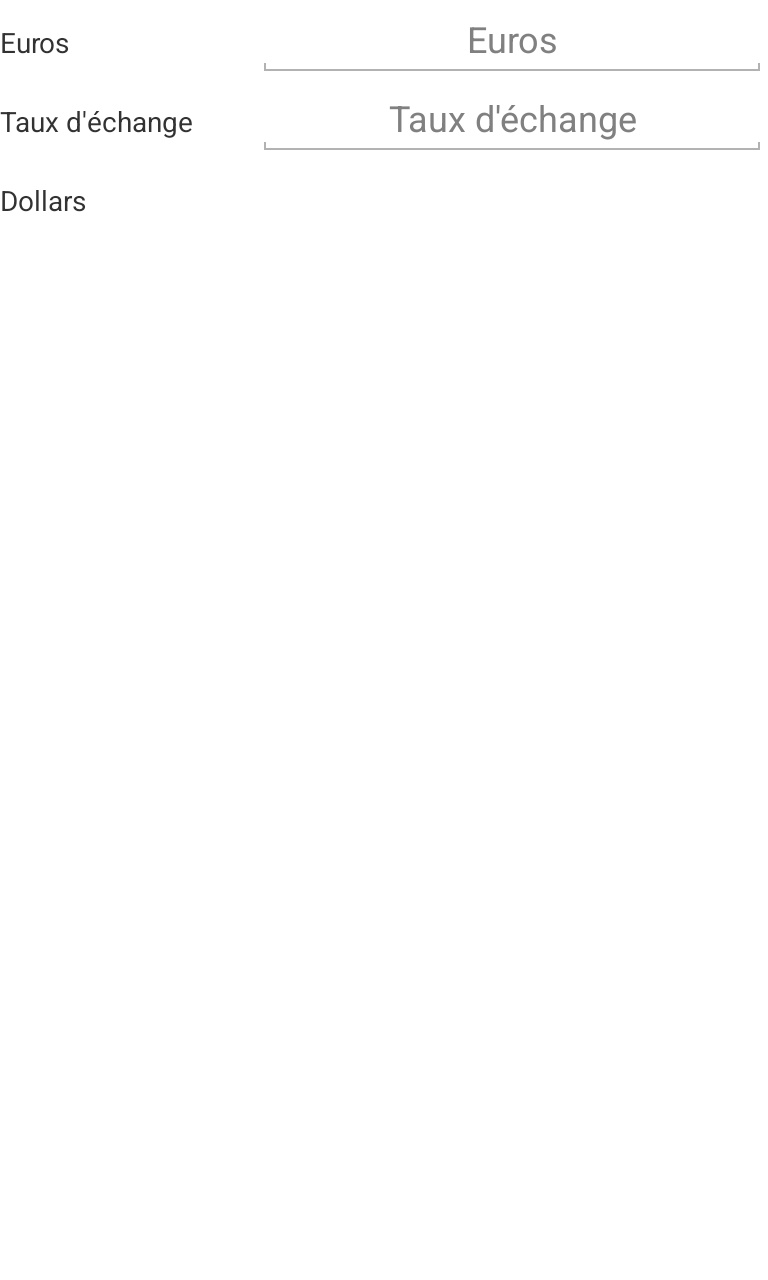
Repository: Keithdae/TP_IHM
Layout: Sous/res/layout/activity_main.xml
An editor plug-in stored every save of this project. The layout is shown before and after the next save, followed by the edit.
It is drawn on a 768 x 1280 px phone screen (xhdpi) without system bars, with theme AppTheme; the app's code is not run.

Above is the layout before, as saved 2016-03-08 11:02:12.

### Sous/res/layout/activity_main.xml
<LinearLayout xmlns:android="http://schemas.android.com/apk/res/android"
    xmlns:tools="http://schemas.android.com/tools"
    android:layout_width="match_parent"
    android:layout_height="match_parent"
    android:orientation="vertical"
    tools:context=".MainActivity" >

    <LinearLayout
        android:layout_width="match_parent"
        android:layout_height="wrap_content"
        android:orientation="horizontal" >

        <TextView
            android:layout_width="0dp"
            android:layout_height="wrap_content"
            android:layout_weight="1"
            android:text="@string/euros_label" />

        <EditText
            android:id="@+id/edit_euros"
            android:layout_width="0dp"
            android:layout_height="wrap_content"
            android:layout_weight="2"
            android:gravity="center_horizontal"
            android:hint="@string/euros_label"
            android:inputType="numberDecimal" />
    </LinearLayout>

    <LinearLayout
        android:layout_width="match_parent"
        android:layout_height="wrap_content"
        android:orientation="horizontal" >

        <TextView
            android:layout_width="0dp"
            android:layout_height="wrap_content"
            android:layout_weight="1"
            android:text="@string/change_label" />

        <EditText
            android:id="@+id/edit_change"
            android:layout_width="0dp"
            android:layout_height="wrap_content"
            android:layout_weight="2"
            android:gravity="center_horizontal"
            android:hint="@string/change_label"
            android:inputType="numberDecimal" />
    </LinearLayout>

    <LinearLayout
        android:layout_width="match_parent"
        android:layout_height="wrap_content"
        android:orientation="horizontal" >

        <TextView
            android:layout_width="0dp"
            android:layout_height="wrap_content"
            android:layout_weight="1"
            android:text="@string/dollars_label" />

        <EditText
            android:id="@+id/edit_dollars"
            android:layout_width="0dp"
            android:layout_height="wrap_content"
            android:layout_weight="2"
            android:enabled="false"
            android:focusable="false"
            android:gravity="center_horizontal"
            android:hint="@string/dollars_label"
            android:inputType="numberDecimal"
            android:visibility="invisible" />
    </LinearLayout>

    <RelativeLayout>
        android:layout_width="match_parent"
        android:layout_height="wrap_content"
        android:orientation="horizontal" >

	    <Button
	        android:layout_width="wrap_content"
	        android:layout_height="wrap_content"
	        android:onClick="convert"
	        android:text="@string/button_convert" />
    </RelativeLayout>

</LinearLayout>

### Sous/res/values/strings.xml
<?xml version="1.0" encoding="utf-8"?>
<resources>

    <string name="app_name">Sous</string>
    <string name="hello_world">Hello world!</string>
    <string name="menu_settings">Settings</string>
    <string name="euros_label">Euros</string>
    <string name="dollars_label">Dollars</string>
    <string name="change_label">Taux d\'échange</string>
    <string name="button_convert">Convertir</string>

</resources>

Loaded but not shown: Sous/res/values/styles.xml (common file); Sous/res/values-v11/styles.xml (common file); Sous/res/values-v14/styles.xml (common file)

After the next save:
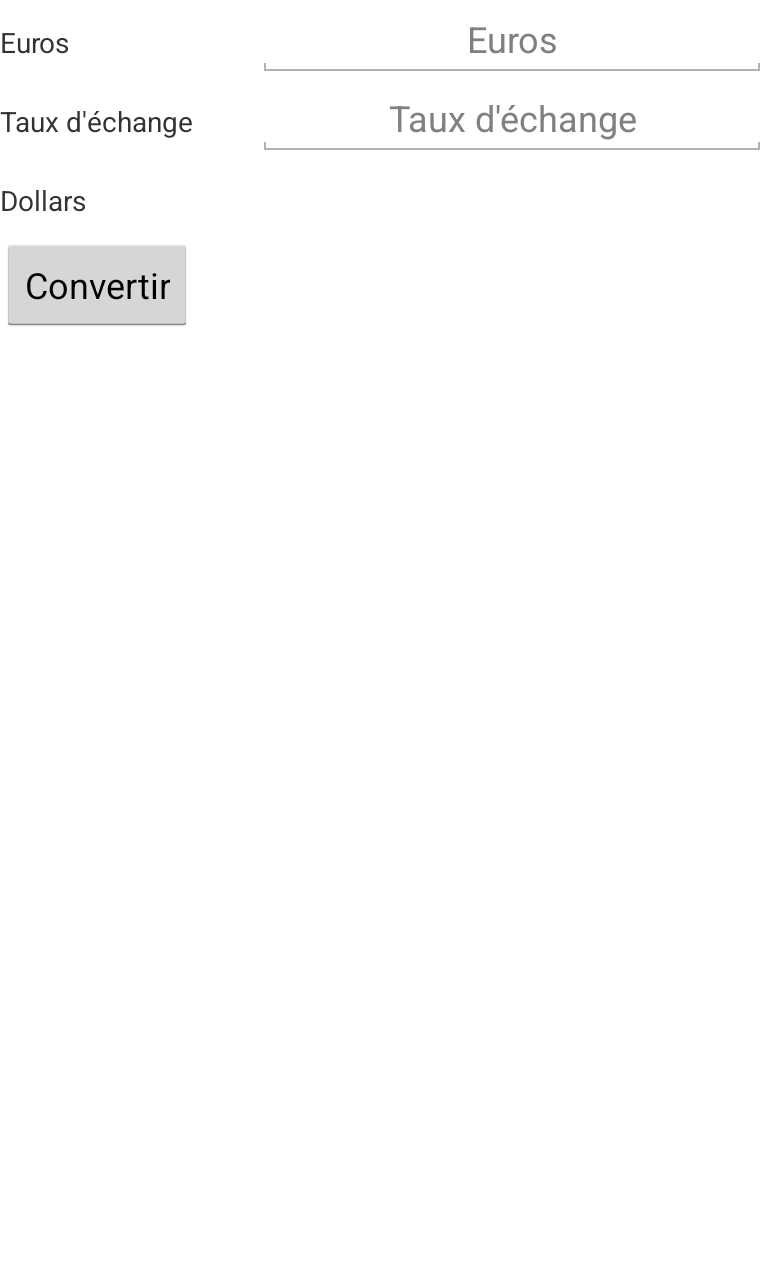
Saved 16 s later.
--- a/Sous/res/layout/activity_main.xml
+++ b/Sous/res/layout/activity_main.xml
@@ -71,7 +71,7 @@
             android:visibility="invisible" />
     </LinearLayout>
 
-    <RelativeLayout>
+    <RelativeLayout
         android:layout_width="match_parent"
         android:layout_height="wrap_content"
         android:orientation="horizontal" >
